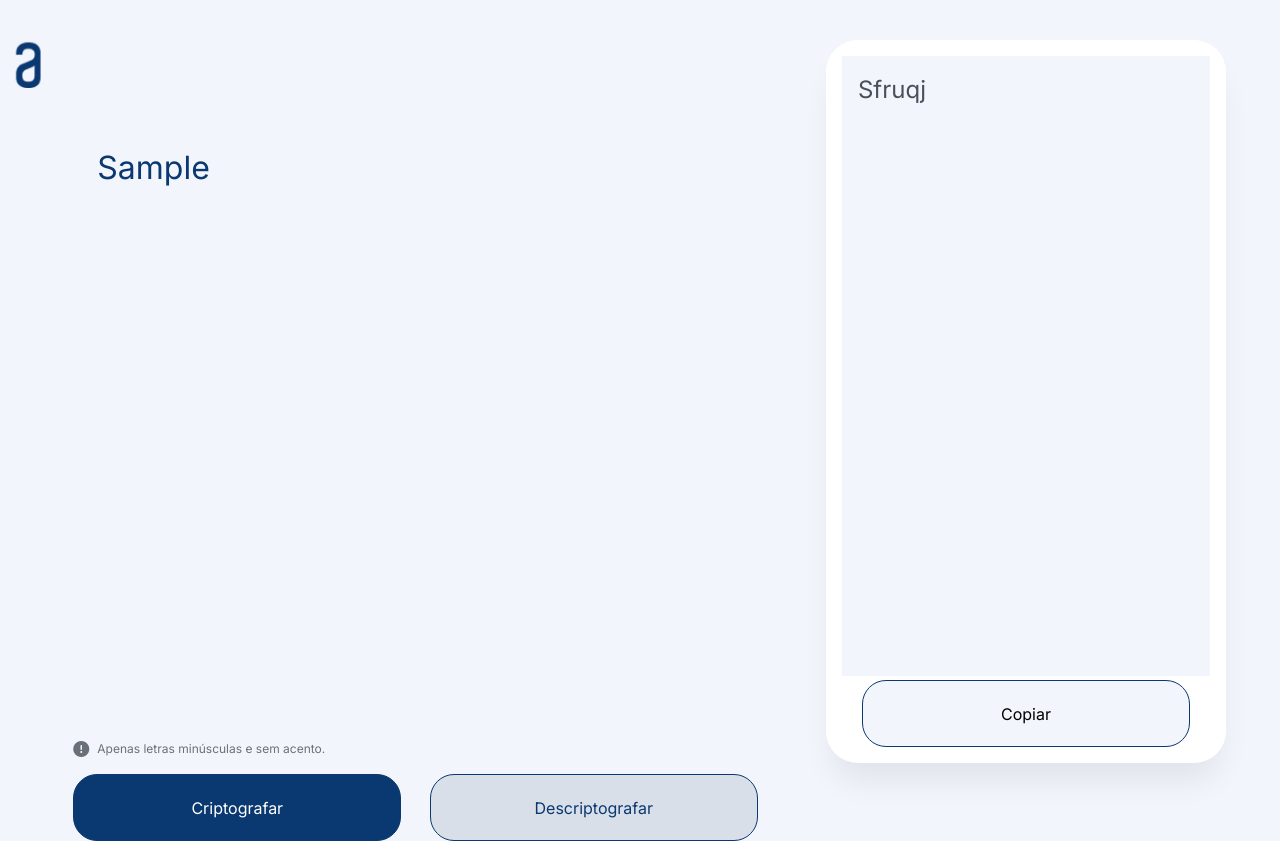
Repository: CarlosEduardoVdeOliveira/descodificador-de-texto
Page: index.html
The author's editor kept a copy of each file at every save. The page is drawn from the files as they stood at one save, then again after the next save.
The browser window is 1280 px wide. The pictures show the whole page.
Empty fields were first filled with sample values (such as "Sample", 5 or name@example.com).
After loading, the first visible `button.button-cryptography` was clicked once.

Above is the page before, as saved 2023-04-15 08:56:06.

### index.html
<!DOCTYPE html>
<html lang="en">
<head>
   <meta charset="UTF-8">
   <link rel="preconnect" href="https://fonts.googleapis.com">
   <link rel="preconnect" href="https://fonts.gstatic.com" crossorigin>
   <meta http-equiv="X-UA-Compatible" content="IE=edge">
   <meta name="viewport" content="width=device-width, initial-scale=1.0">
   <link href="https://fonts.googleapis.com/css2?family=Inter:wght@400;700&display=swap" rel="stylesheet">
   <link rel="stylesheet" href="https://cdnjs.cloudflare.com/ajax/libs/font-awesome/6.4.0/css/all.min.css" integrity="sha512-iecdLmaskl7CVkqkXNQ/ZH/XLlvWZOJyj7Yy7tcenmpD1ypASozpmT/E0iPtmFIB46ZmdtAc9eNBvH0H/ZpiBw==" crossorigin="anonymous" referrerpolicy="no-referrer" />
   <link rel="stylesheet" href="/src/styles/reset.css">
   <link rel="stylesheet" href="/src/styles/index.css">
   <link rel="stylesheet" href="/src/styles/tablet.css">
   <link rel="stylesheet" href="/src/styles/mobile.css">
   <link rel="shortcut icon" href="/src/images/imageLogo2.png" type="image/x-icon">
   <title>Decodificador</title>
</head>
<body>
   <section>
      <img src="/src/images/imageLogo2.png"
         alt='logo da Alura'>
      <div class="highlight">
         <textarea placeholder="Digite seu texto" autofocus></textarea>
         <div class="info">
            <span>
               <i class="fa-solid fa-circle-exclamation"></i>
               Apenas letras minúsculas e sem acento.
            </span>
            <div class="info-group-button">
               <button class="button-cryptography">Criptografar</button>
               <button class="button-decryption">Descriptografar</button>
            </div>
         </div>
      </div>
      <div class="text-cryption">
         <img src="/src/images/imageHighLight.svg" alt="">
         <div>
            <h2>Nenhuma mensagem encontrada</h2>
            <p>
               Digite um texto que você deseja criptografar ou descriptografar.
            </p>
         </div>

      </div>
   </section>
   <script src="/src/scripts/index.js"></script>
</body>
</html>

### src/styles/reset.css
:root{
   --light-gray: #D8DFE8;
   --gray-100: #CED4DA;
   --gray-200: #ADB5BD;
   --gray-300: #868E96;
   --gray-400: #495057;
   --gray-500: #343A40;
   --light-blue-100: #F3F5FC;
   --light-blue-200: #EFF1FA;
   --light-blue-300: #E9ECF8;
   --light-blue-400: #AAB2D5;
   --light-blue-500: #757FB2;
   --dark-blue-100: #609ED4;
   --dark-blue-200: #356EA9;
   --dark-blue-300: #0A3871;
   --dark-blue-400: #072B61;
   --dark-blue-500: #052051;
}
*{
   margin: 0;
   padding: 0;
   box-sizing: border-box;
}

html, input, textarea, button{
   background-color: var(--light-blue-100);
   font-family:  'Inter', sans-serif;
   font-size: 1rem;
   -webkit-font-smoothing: antialiased;
   -moz-osx-font-smoothing: grayscale;
}

### src/styles/index.css
body{
   background-color: var(--light-blue-100);
}
img{
   width: 1.943rem;
   height: 3rem;
   margin-top: 2.5rem;
}
section {
   display: flex;
   justify-content: space-around;
   align-items: self-start;
   margin: 0 auto;
}
.highlight{
   display: flex;
   flex-direction: column;
   margin-top: 7.5rem;
}
textarea{
   width: 100%;
   height: calc(100vh - 100px);
   font-size: 32px;
   line-height: 150%;
   background-color: var(--light-blue-100);
   color: var(--dark-blue-300);
   border: none;
   resize: none;
   margin: 0 auto;
   padding: 1.5rem;
}
textarea:focus{
   outline: 0;
}

textarea::placeholder{
   color: var(--dark-blue-300);
}
span{
   display: flex;
   align-items: center;
   font-size: 12px;
   color: var(--gray-400);
   line-height: 150%;
   opacity: 0.8;
   margin-bottom: 1rem;
}
i{
   color: var(--gray-400);
   margin-right: 0.5rem;
   font-size: 1rem;
}

button{
   padding: 1.5rem;
   width: 328px;
   height: 67px;
   border-radius: 1.5rem;
   cursor: pointer;
   font-size: 1rem;
   line-height: 19px;
   border: 1px solid var(--dark-blue-300);
   transition: all .2s;
}
.info{
   background-color: var(--light-blue-100);
}
.button-cryptography{
   background-color: var(--dark-blue-300);
   color: white;
   margin-right: 1.5rem;
}
.button-cryptography:hover{
   background-color: var(--dark-blue-400);
}
.button-decryption{
   background: var(--light-gray);
   color: var(--dark-blue-300);
}
.button-decryption:disabled{
   cursor: no-drop;
}
.button-decryption:hover{
   background-color: var(--light-blue-200);
}
.text-cryption{
   width: 25rem;
   margin: 2.5rem;
   padding: 15rem 2rem;
   text-align: center;
   background-color: white;
   /* shadow */
   box-shadow: 0px 24px 32px -8px rgba(0, 0, 0, 0.08);
   border-radius: 32px;
}
.text-cryption img{
   width: 21rem;
   height: 19rem;
}
.text-cryption div{
   display: flex;
   flex-direction: column;

   margin-top: 2rem;
   padding: 0px;
   gap: 16px;
}

textarea.textarea-output{
   font-size: 1.5rem;
   color: var(--gray-400);
   height: calc(100vh - 100px);
   padding: 1rem;
}
.text-cryption-whit-text{
   padding: 1rem;
}

.button-copy-cryption{
   background-color: white;
}
.button-copy-cryption:hover{
   background-color: var(--light-blue-200);
}

### src/styles/tablet.css
@media (max-width: 768px) {
   section{
      display: block;
   }
   img{
      margin: 1rem;
   }
   .textarea-input{
      margin: 0 auto;
   }
   .info{
      display: flex;
      flex-direction: column;
      margin: 0 auto;
   }
   .text-cryption{
      width: 43rem;
      height: 8.313rem;
      padding: 0;
      margin: 1.5rem auto;
   }
   .text-cryption img{
      display: none;
   }
}

### src/styles/mobile.css
@media (max-width: 375px) {
   img{
      margin: 1rem;
   }
   .info{
      margin: 0 auto;
   }
   .info-group-button{
      display: flex;
      flex-direction: column;
   }
   .info-group-button .button-cryptography{
      margin-bottom: 1.5rem;
   }
   .text-cryption{
      width: 20.438rem;
      height: 11.625rem;
      padding: 0;
      margin: 1.5rem auto;
   }
}

### src/scripts/index.js
const elementTextarea = document.querySelector("textarea");
const areaCryption = document.querySelector(".text-cryption");
const buttonCryptography = document.querySelector(".button-cryptography");
const buttonDecryption = document.querySelector(".button-decryption");




function encryptText() {
   const textareaValue = elementTextarea.value;
   if (textareaValue.length > 0) {
      areaCryption.classList.add("text-cryption-whit-text")
      return areaCryption.innerHTML = `
         <textarea class="textarea-output">${cipherOfCesar(textareaValue)}</textarea>
         <button class="button-copy" id='copy' onclick="copyText()">Copiar</button>
      `;

   }
   disabledDecrypt()
   return alert("Preencha o campo!")
}

function disabledDecrypt(){
   const output = document.querySelector(".textarea-output").value;
   buttonDecryption.setAttribute("disabled");
   if ( output.length >  0) {
      buttonDecryption.removeAttribute("disabled")
      buttonDecryption.style.cursor = 'pointer';
      console.log('ok');
   }
}

function decryptText() {
   return areaCryption.innerHTML = `
         <textarea class="textarea-output">${cipherOfCesar(textareaValue)}</textarea>
         <button class="button-copy" id='copy' onclick="copyText()">Copiar</button>
      `;
}

async function copyText() {
   const textareaOutput = document.querySelector('.textarea-output');
   await textareaOutput.select();
   document.execCommand('copy');
   alert("Texto copiado para área de trasferência!");
}

buttonCryptography.addEventListener('click', encryptText);
buttonDecryption.addEventListener('click', decryptText);

/**
 * a b c d e f g h i j k l m n o p q r s t u v w x y z
 * r s t u v w x y z a b c d e f g h i j k l m n o p q
 * jhysvz
 * carlos
 * 97 até 122
 * a  ==  j
 * 97 == 106
 * se o codigo for igual a 97 ele recebe j
 * se ele for igual a 122 ele recebe 113
 */


function cipherOfCesar(text){
   let cryptograph = ''
   for (let i = 0; i < text.length; i++) {
      let charCode = text.charCodeAt(i)
      if(charCode >= 97 && charCode <= 122){
         charCode = ((charCode - 97 + 5) % 26) + 97
      }
      cryptograph += String.fromCharCode(charCode);
   }
   return cryptograph
}

After the next save:
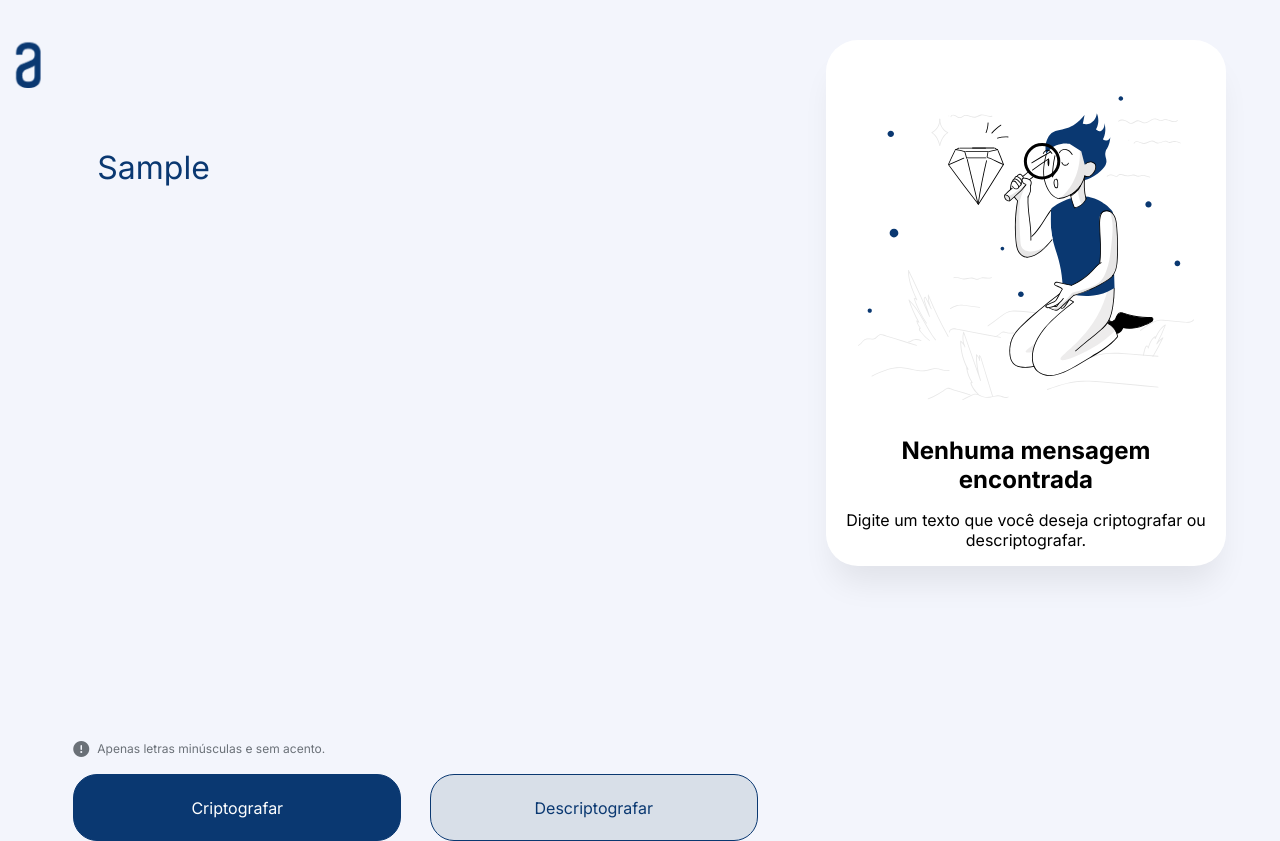
Console error: TypeError: Cannot read properties of null (reading 'value')
Saved 43 s later.
--- a/src/scripts/index.js
+++ b/src/scripts/index.js
@@ -10,17 +10,17 @@
    const textareaValue = elementTextarea.value;
    if (textareaValue.length > 0) {
       areaCryption.classList.add("text-cryption-whit-text")
+      disabledButtonDecrypt()
       return areaCryption.innerHTML = `
          <textarea class="textarea-output">${cipherOfCesar(textareaValue)}</textarea>
          <button class="button-copy" id='copy' onclick="copyText()">Copiar</button>
       `;
 
    }
-   disabledDecrypt()
    return alert("Preencha o campo!")
 }
 
-function disabledDecrypt(){
+function disabledButtonDecrypt(){
    const output = document.querySelector(".textarea-output").value;
    buttonDecryption.setAttribute("disabled");
    if ( output.length >  0) {

After the save that followed:
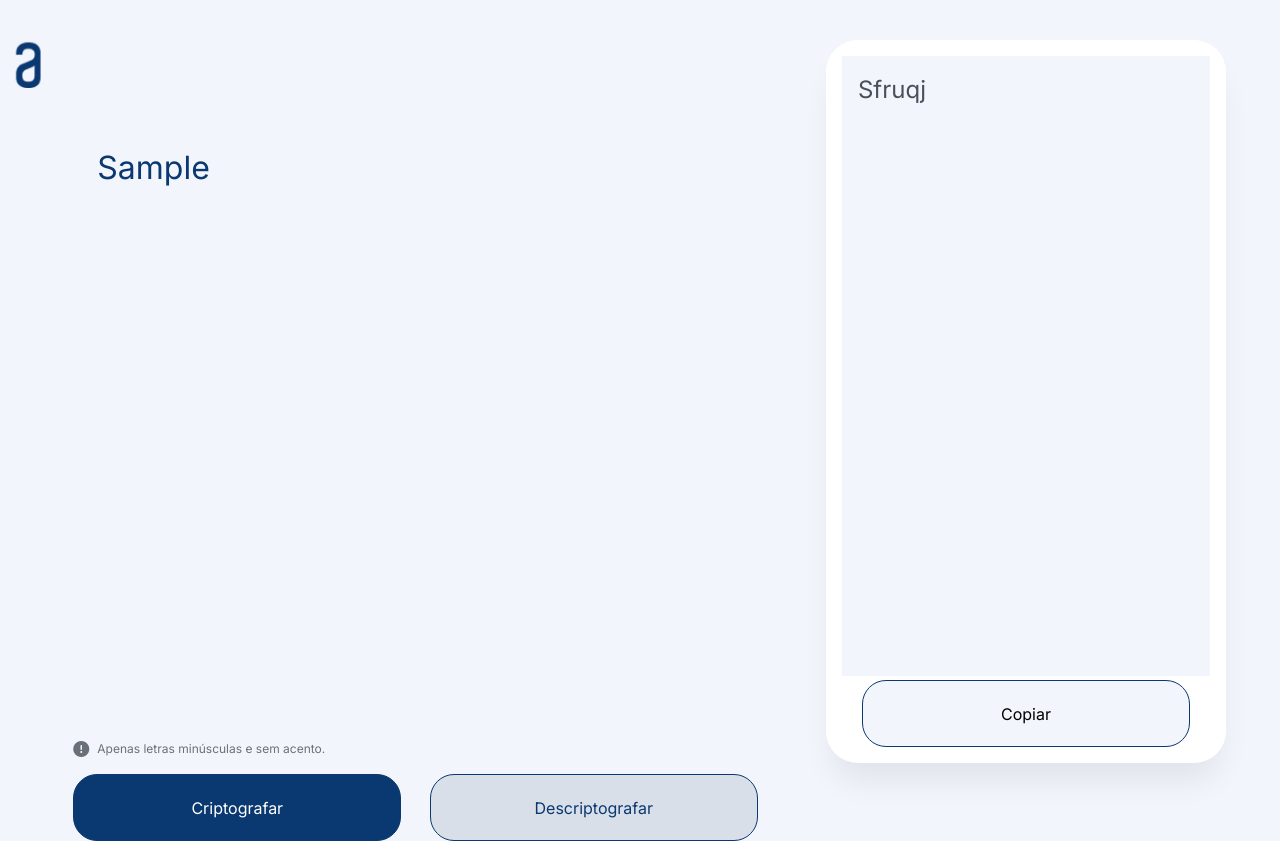
The error is gone.
Saved 18 s later.
--- a/src/scripts/index.js
+++ b/src/scripts/index.js
@@ -10,13 +10,13 @@
    const textareaValue = elementTextarea.value;
    if (textareaValue.length > 0) {
       areaCryption.classList.add("text-cryption-whit-text")
-      disabledButtonDecrypt()
       return areaCryption.innerHTML = `
          <textarea class="textarea-output">${cipherOfCesar(textareaValue)}</textarea>
          <button class="button-copy" id='copy' onclick="copyText()">Copiar</button>
-      `;
+         `;
 
-   }
+      }
+      disabledButtonDecrypt()
    return alert("Preencha o campo!")
 }
 
